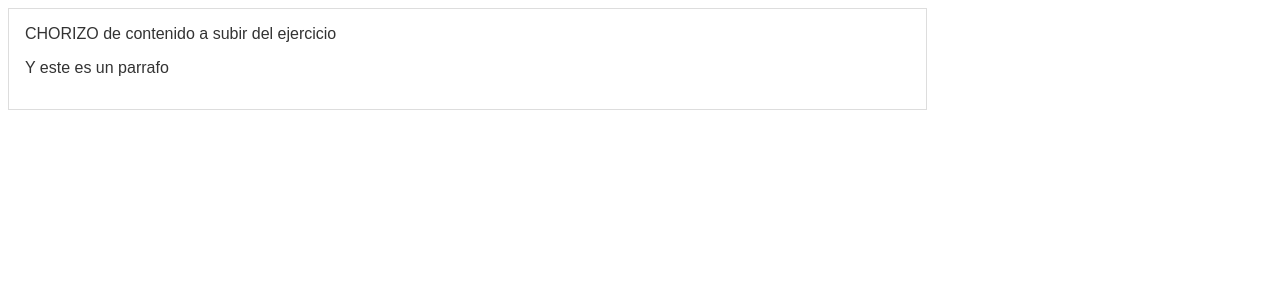
Repository: BoshyDDDash/viejoncin
Page: unidad1/git1/blog.html
The author's editor kept a copy of each file at every save. The page is drawn from the files as they stood at one save, then again after the next save.
The browser window is 1280 px wide. The pictures show the whole page.

Above is the page before, as saved 2022-01-30 15:24:44.

### unidad1/git1/blog.html
<html>
    <head>
        <title>Bra</title>
        <link rel="stylesheet" href="css/style.css" />
    </head>
    <body>
        <div id = "container">
            <div id = "post">
                <hi>CHORIZO de contenido a subir del ejercicio</hi>
                <p>Y este es un parrafo</p>
            </div>
        </div>
    </body>
</html>

### unidad1/git1/css/style.css
body
{
    color: #333;
    text-align: center;
    font-family: "Arial";
}
#container
{
    width: 70%;
    padding: 1em;
    text-align: left;
    border: 1px solid #DDD;
}
#container h1
{
    font-size: 20px;
}

After the next save:
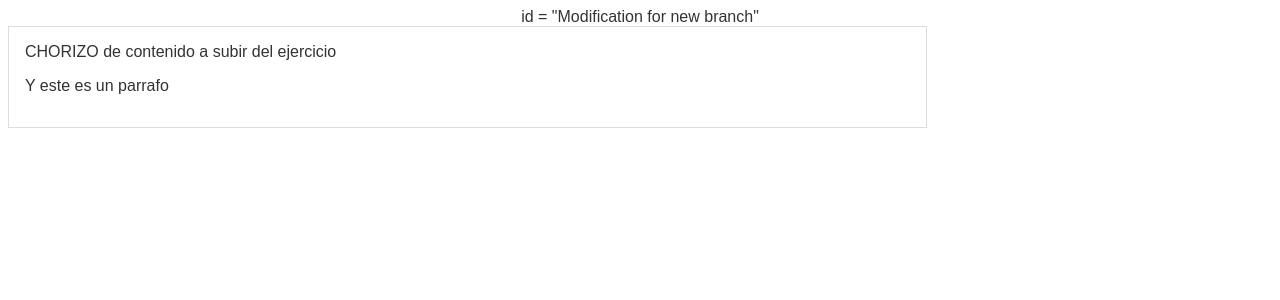
Saved 115 min 11 s later.
--- a/unidad1/git1/blog.html
+++ b/unidad1/git1/blog.html
@@ -4,10 +4,12 @@
         <link rel="stylesheet" href="css/style.css" />
     </head>
     <body>
-        <div id = "container">
-            <div id = "post">
-                <hi>CHORIZO de contenido a subir del ejercicio</hi>
-                <p>Y este es un parrafo</p>
+        <div> id = "Modification for new branch"
+            <div id = "container">
+                <div id = "post">
+                    <hi>CHORIZO de contenido a subir del ejercicio</hi>
+                    <p>Y este es un parrafo</p>
+                </div>
             </div>
         </div>
     </body>
